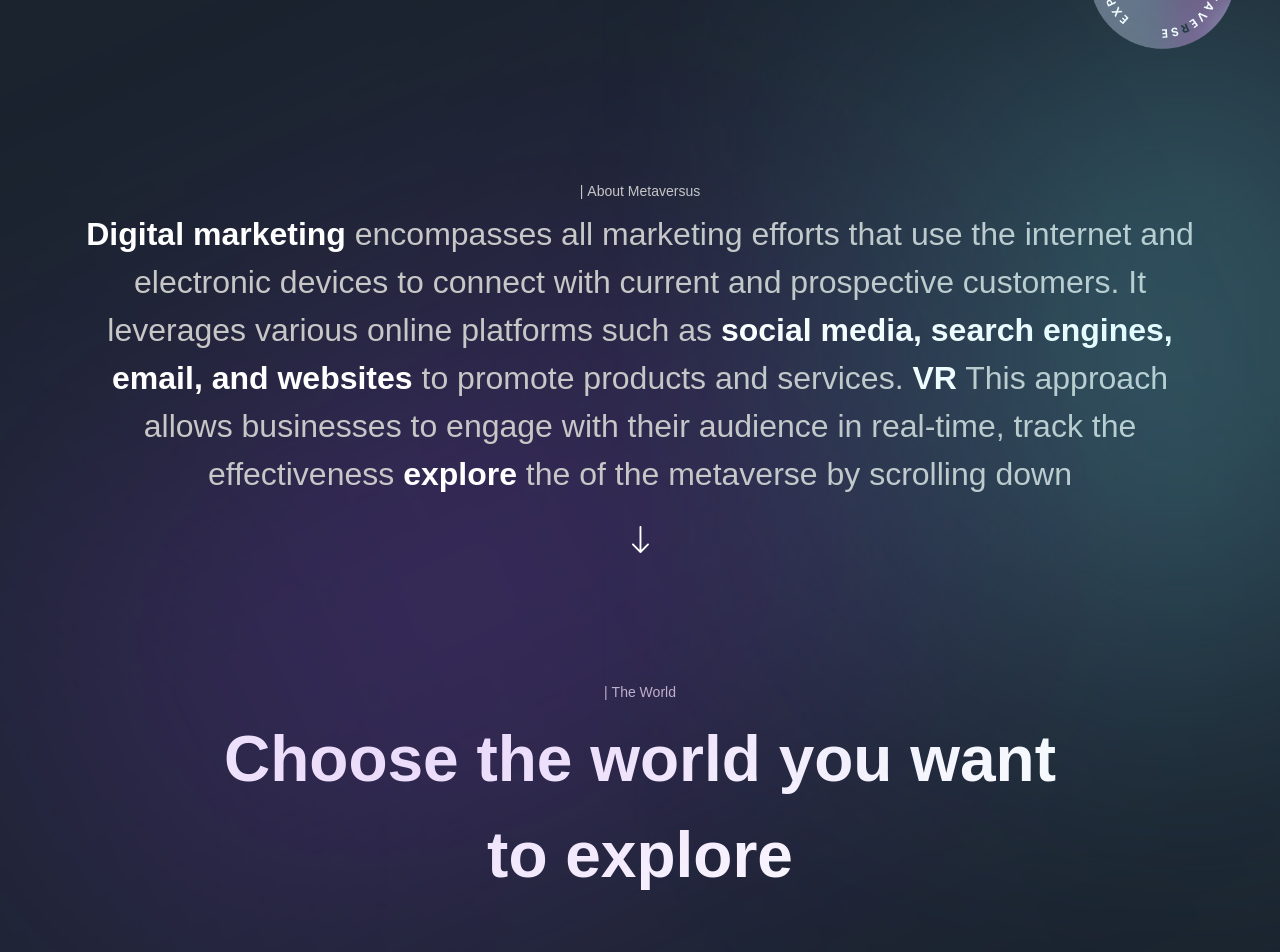
Repository: Shanuga123/metaversus
Page: /
The author's editor kept a copy of each file at every save. The page is drawn from the files as they stood at one save, then again after the next save.
The browser window is 1280 px wide. The pictures show the part of the page from y = 987 to 1939 px (the page is 7302 px tall).
Pictures or frames that could not be fetched are drawn as grey boxes. Some web fonts or font styles are not loaded; a fallback is used. The project was rebuilt for these pictures with package versions that can differ from the ones it lists, and the page was loaded fresh each time. The framework's server and built-in components were replaced by stand-ins that run in the browser. Also part of the build but not shown: next.config.js.

Above is the page before, as saved 2024-08-05 21:41:09.

### components/Navbar.jsx
'use client';

import { motion } from 'framer-motion';

import styles from '../styles';
import { navVariants } from '../utils/motion';

const Navbar = () => (
  <motion.nav
    variants={navVariants}
    initial="hidden"
    whileInView="show"
    className={`${styles.xPaddings} py-8 relative`}
  >
    <div className="absolute w-[50%] inset-0 gradient-01" />
    <div
      className={`${styles.innerWidth} mx-auto flex justify-between gap-8`}
    >
      <img
        src="/search.svg"
        alt="search"
        className="w-[24px] h-[24px] object-contain"
      />
      <h2 className="font-extrabold text-[24px] leading-[30.24px] text-white">
        METAVERSUS
      </h2>
      <img
        src="/menu.svg"
        alt="menu"
        className="w-[24px] h-[24px] object-contain"
      />
    </div>
  </motion.nav>
);

export default Navbar;

### components/CustomTexts.jsx
'use client';

import { motion } from 'framer-motion';
import { textContainer, textVariant2 } from '../utils/motion';

export const TypingText = ({ title, textStyles }) => (
  <motion.p
    variants={textContainer}
    className={`font-normal text-[14px] text-secondary-white ${textStyles}`}
  >
    {Array.from(title).map((letter, index) => (
      <motion.span variants={textVariant2} key={index}>
        {letter === ' ' ? '\u00A0' : letter}
      </motion.span>
    ))}
  </motion.p>
);

export const TitleText = ({ title, textStyles }) => (
  <motion.h2
    variants={textVariant2}
    initial="hidden"
    whileInView="show"
    className={`mt-[8px] font-bold md:text-[64px] text-[40px] text-white ${textStyles}`}
  >
    {title}
  </motion.h2>
);

### components/ExploreCard.jsx
'use client';

import { motion } from 'framer-motion';

import styles from '../styles';
import { fadeIn } from '../utils/motion';

const ExploreCard = ({ id, imgUrl, title, index, active, handleClick }) => (
  <motion.div
    variants={fadeIn('right', 'spring', index * 0.5, 0.75)}
    className={`relative ${
      active === id ? 'lg:flex-[3.5] flex-[10]' : 'lg:flex-[0.5] flex-[2]'
    } flex items-center justify-center min-w-[170px] h-[700px] transition-[flex] duration-[0.7s] ease-out-flex cursor-pointer`}
    onClick={() => handleClick(id)}
  >
    <img
      src={imgUrl}
      alt="planet-04"
      className="absolute w-full h-full object-cover rounded-[24px]"
    />
    {active !== id ? (
      <h3 className="font-semibold sm:text-[26px] text-[18px] text-white absolute z-0 lg:bottom-20 lg:rotate-[-90deg] lg:origin-[0,0]">
        {title}
      </h3>
    ) : (
      <div className="absolute bottom-0 p-8 flex justify-start w-full flex-col bg-[rgba(0,0,0,0.5)] rounded-b-[24px]">
        <div
          className={`${styles.flexCenter} w-[60px] h-[60px] rounded-[24px] glassmorphism mb-[16px]`}
        >
          <img
            src="/headset.svg"
            alt="headset"
            className="w-1/2 h-1/2 object-contain"
          />
        </div>
        <p className="font-normal text-[16px] leading-[20.16px] text-white uppercase">
          Enter Metaverse
        </p>
        <h2 className="mt-[24px] font-semibold sm:text-[32px] text-[24px] text-white">
          {title}
        </h2>
      </div>
    )}
  </motion.div>
);

export default ExploreCard;

### components/InsightCard.jsx
'use client';

import { motion } from 'framer-motion';

import { fadeIn } from '../utils/motion';

const InsightCard = ({ imgUrl, title, subtitle, index }) => (
  <motion.div
    variants={fadeIn('up', 'spring', index * 0.5, 1)}
    className="flex md:flex-row flex-col gap-4"
  >
    <img
      src={imgUrl}
      alt="planet-01"
      className="md:w-[270px] w-full h-[250px] rounded-[32px] object-cover"
    />
    <div className="w-full flex justify-between items-center">
      <div className="flex-1 md:ml-[62px] flex flex-col max-w-[650px]">
        <h4 className="font-normal lg:text-[42px] text-[26px] text-white">
          {title}
        </h4>
        <p className="mt-[16px] font-normal lg:text-[20px] text-[14px] text-secondary-white">
          {subtitle}
        </p>
      </div>

      <div
        className="lg:flex hidden items-center justify-center w-[100px] h-[100px] rounded-full bg-transparent border-[1px] border-white"
      >
        <img
          src="/arrow.svg"
          alt="arrow"
          className="w-[40%] h-[40%] object-contain"
        />
      </div>
    </div>
  </motion.div>
);

export default InsightCard;

### components/Footer.jsx
'use client';

import { motion } from 'framer-motion';
import { socials } from '../constants';

import styles from '../styles';
import { footerVariants } from '../utils/motion';

const Footer = () => (
  <motion.footer
    variants={footerVariants}
    initial="hidden"
    whileInView="show"
    className={`${styles.xPaddings} py-8 relative`}
  >
    <div className="footer-gradient" />
    <div className={`${styles.innerWidth} mx-auto flex flex-col gap-8`}>
      <div className="flex items-center justify-between flex-wrap gap-5">
        <h4 className="font-bold md:text-[64px] text-[44px] text-white">
          Enter the Metaverse
        </h4>
        <button type="button" className="flex items-center h-fit py-4 px-6 bg-[#25618B] rounded-[32px] gap-[12px]">
          <img
            src="/headset.svg"
            alt="headset"
            className="w-[24px] h-[24px] object-contain"
          />
          <span className="font-normal text-[16px] text-white">
            Enter Metaverse
          </span>
        </button>
      </div>

      <div className="flex flex-col">
        <div className="mb-[50px] h-[2px] bg-white opacity-10" />

        <div className="flex items-center justify-between flex-wrap gap-4">
          <h4 className="font-extrabold text-[24px] text-white">
            METAVERUS
          </h4>
          <p className="font-normal text-[14px] text-white opacity-50">
            Copyright © 2021 - 2022 Metaversus. All rights reserved.
          </p>

          <div className="flex gap-4">
            {socials.map((social) => (
              <img
                key={social.name}
                src={social.url}
                alt={social.name}
                className="w-[24px] h-[24px] object-contain cursor-pointer"
              />
            ))}
          </div>
        </div>
      </div>
    </div>
  </motion.footer>
);

export default Footer;

### sections/Hero.jsx
'use client';

import { motion } from 'framer-motion';

import styles from '../styles';
import { slideIn, staggerContainer, textVariant } from '../utils/motion';

const Hero = () => (
  <section className={`${styles.yPaddings} sm:pl-16 pl-6`}>
    <motion.div
      variants={staggerContainer}
      initial="hidden"
      whileInView="show"
      viewport={{ once: false, amount: 0.25 }}
      className={`${styles.innerWidth} mx-auto flex flex-col`}
    >
      <div className="flex justify-center items-center flex-col relative z-10">
        <motion.h1 variants={textVariant(1.1)} className={styles.heroHeading}>
          Digital
        </motion.h1>
        <motion.div
          variants={textVariant(1.2)}
          className="flex flex-row justify-center items-center"
        >
          <h1 className={styles.heroHeading}>MaR</h1>

          <h1 className={styles.heroHeading}>Keting</h1>
        </motion.div>
      </div>

      <motion.div
        variants={slideIn('right', 'tween', 0.2, 1)}
        className="relative w-full md:-mt-[20px] -mt-[12px]"
      >
        <div className="absolute w-full h-[300px] hero-gradient rounded-tl-[140px] z-[0] -top-[30px]" />

        <img
          src="/cover1.jpg"
          alt="hero_cover"
          className="w-full sm:h-[500px] h-[350px] object-cover rounded-tl-[140px] z-10 relative"
        />

        <a href="#explore">
          <div className="w-full flex justify-end sm:-mt-[70px] -mt-[50px] pr-[40px] relative z-10">
            <img
              src="/stamp.png"
              alt="stamp"
              className="sm:w-[155px] w-[100px] sm:h-[155px] h-[100px] object-contain"
            />
          </div>
        </a>
      </motion.div>
    </motion.div>
  </section>
);

export default Hero;

### sections/About.jsx
'use client';

import { motion } from 'framer-motion';
import { TypingText } from '../components';

import styles from '../styles';
import { fadeIn, staggerContainer } from '../utils/motion';

const About = () => (
  <section className={`${styles.paddings} relative z-10`}>
    <div className="gradient-02 z-0" />
    <motion.div
      variants={staggerContainer}
      initial="hidden"
      whileInView="show"
      viewport={{ once: false, amount: 0.25 }}
      className={`${styles.innerWidth} mx-auto ${styles.flexCenter} flex-col`}
    >
      <TypingText title="| About Metaversus" textStyles="text-center" />

      <motion.p
        variants={fadeIn('up', 'tween', 0.2, 1)}
        className="mt-[8px] font-normal sm:text-[32px] text-[20px] text-center text-secondary-white"
      >
        <span className="font-extrabold text-white">Digital marketing </span> encompasses all marketing efforts that use the internet and electronic devices to connect with current and prospective customers. It leverages various online platforms such as {' '}
        <span className="font-extrabold text-white">
        social media, search engines, email, and websites
        </span>{' '}
        to promote products and services.{' '}
        <span className="font-extrabold text-white">VR</span> This approach allows businesses to engage with their audience in real-time, track the effectiveness{' '}
        <span className="font-extrabold text-white">explore</span> the
        of the metaverse by scrolling down
      </motion.p>

      <motion.img
        variants={fadeIn('up', 'tween', 0.3, 1)}
        src="/arrow-down.svg"
        alt="arrow down"
        className="w-[18px] h-[28px] object-contain mt-[28px]"
      />
    </motion.div>
  </section>
);

export default About;

### sections/Explore.jsx
'use client';

import { useState } from 'react';
import { motion } from 'framer-motion';

import styles from '../styles';
import { exploreWorlds } from '../constants';
import { staggerContainer } from '../utils/motion';
import { ExploreCard, TitleText, TypingText } from '../components';

const Explore = () => {
  const [active, setActive] = useState('world-2');

  return (
    <section className={`${styles.paddings}`} id="explore">
      <motion.div
        variants={staggerContainer}
        initial="hidden"
        whileInView="show"
        viewport={{ once: false, amount: 0.25 }}
        className={`${styles.innerWidth} mx-auto flex flex-col`}
      >
        <TypingText title="| The World" textStyles="text-center" />
        <TitleText
          title={<>Choose the world you want <br className="md:block hidden" /> to explore</>}
          textStyles="text-center"
        />
        <div className="mt-[50px] flex lg:flex-row flex-col min-h-[70vh] gap-5">
          {exploreWorlds.map((world, index) => (
            <ExploreCard
              key={world.id}
              {...world}
              index={index}
              active={active}
              handleClick={setActive}
            />
          ))}
        </div>
      </motion.div>
    </section>
  );
};

export default Explore;

### sections/GetStarted.jsx
'use client';

import { motion } from 'framer-motion';

import styles from '../styles';
import { startingFeatures } from '../constants';
import { StartSteps, TitleText, TypingText } from '../components';
import { staggerContainer, fadeIn, planetVariants } from '../utils/motion';

const GetStarted = () => (
  <section className={`${styles.paddings} relative z-10`}>
    <motion.div
      variants={staggerContainer}
      initial="hidden"
      whileInView="show"
      viewport={{ once: false, amount: 0.25 }}
      className={`${styles.innerWidth} mx-auto flex lg:flex-row flex-col gap-8`}
    >
      <motion.div
        variants={planetVariants('left')}
        className={`flex-1 ${styles.flexCenter}`}
      >
        <img
          src="/get-started.png"
          alt="get-started"
          className="w-[90%] h-[90%] object-contain"
        />
      </motion.div>
      <motion.div
        variants={fadeIn('left', 'tween', 0.2, 1)}
        className="flex-[0.75] flex justify-center flex-col"
      >
        <TypingText title="| How Metaversus Works" />
        <TitleText title={<>Get started with just a few clicks</>} />
        <div className="mt-[31px] flex flex-col max-w-[370px] gap-[24px]">
          {startingFeatures.map((feature, index) => (
            <StartSteps
              key={feature}
              number={`${index < 10 ? '0' : ''} ${index + 1}`}
              text={feature}
            />
          ))}
        </div>
      </motion.div>
    </motion.div>
  </section>
);

export default GetStarted;

### sections/WhatsNew.jsx
'use client';

import { motion } from 'framer-motion';

import styles from '../styles';
import { newFeatures } from '../constants';
import { NewFeatures, TitleText, TypingText } from '../components';
import { planetVariants, staggerContainer, fadeIn } from '../utils/motion';

const WhatsNew = () => (
  <section className={`${styles.paddings} relative z-10`}>
    <motion.div
      variants={staggerContainer}
      initial="hidden"
      whileInView="show"
      viewport={{ once: false, amount: 0.25 }}
      className={`${styles.innerWidth} mx-auto flex lg:flex-row flex-col gap-8`}
    >
      <motion.div
        variants={fadeIn('right', 'tween', 0.2, 1)}
        className="flex-[0.95] flex justify-center flex-col"
      >
        <TypingText title="| Whats new?" />
        <TitleText title={<>What's new about Metaversus?</>} />
        <div className="mt-[48px] flex flex-wrap justify-between gap-[24px]">
          {newFeatures.map((feature) => (
            <NewFeatures key={feature.title} {...feature} />
          ))}
        </div>
      </motion.div>

      <motion.div
        variants={planetVariants('right')}
        className={`flex-1 ${styles.flexCenter}`}
      >
        <img
          src="/whats-new.png"
          alt="get-started"
          className="w-[90%] h-[90%] object-contain"
        />
      </motion.div>
    </motion.div>
  </section>
);

export default WhatsNew;

### sections/World.jsx
'use client';

import { motion } from 'framer-motion';

import styles from '../styles';
import { TitleText, TypingText } from '../components';
import { fadeIn, staggerContainer } from '../utils/motion';

const World = () => (
  <section className={`${styles.paddings} relative z-10`}>
    <motion.div
      variants={staggerContainer}
      initial="hidden"
      whileInView="show"
      viewport={{ once: false, amount: 0.25 }}
      className={`${styles.innerWidth} mx-auto flex flex-col`}
    >

      <TypingText title="| People on the World" textStyles="text-center" />
      <TitleText
        title={(
          <>Track friends around you and invite them to play together in the same
            world
          </>
        )}
        textStyles="text-center"
      />

      <motion.div
        variants={fadeIn('up', 'tween', 0.3, 1)}
        className="relative mt-[68px] flex w-full h-[550px]"
      >
        <img src="/map.png" alt="map" className="w-full h-full object-cover" />

        <div className="absolute bottom-20 right-20 w-[70px] h-[70px] p-[6px] rounded-full bg-[#5D6680]">
          <img src="people-01.png" alt="people" className="w-full h-full" />
        </div>

        <div className="absolute top-10 left-20 w-[70px] h-[70px] p-[6px] rounded-full bg-[#5D6680]">
          <img src="/people-02.png" alt="people" className="w-full h-full" />
        </div>

        <div className="absolute top-1/2 left-[45%] w-[70px] h-[70px] p-[6px] rounded-full bg-[#5D6680]">
          <img src="people-03.png" alt="people" className="w-full h-full" />
        </div>
      </motion.div>
    </motion.div>
  </section>
);

export default World;

### sections/Insights.jsx
'use client';

import { motion } from 'framer-motion';

import styles from '../styles';
import { insights } from '../constants';
import { staggerContainer } from '../utils/motion';
import { InsightCard, TitleText, TypingText } from '../components';

const Insights = () => (
  <section className={`${styles.paddings} relative z-10`}>
    <motion.div
      variants={staggerContainer}
      initial="hidden"
      whileInView="show"
      viewport={{ once: false, amount: 0.25 }}
      className={`${styles.innerWidth} mx-auto flex flex-col`}
    >
      <TypingText title="| Insight" textStyles="text-center" />
      <TitleText title={<>Insight about metaverse</>} textStyles="text-center" />
      <div className="mt-[50px] flex flex-col gap-[30px]">
        {insights.map((item, index) => (
          <InsightCard key={`insight-${index}`} {...item} index={index + 1} />
        ))}
      </div>
    </motion.div>
  </section>
);

export default Insights;

### sections/Feedback.jsx
'use client';

import { motion } from 'framer-motion';

import styles from '../styles';
import { fadeIn, staggerContainer, zoomIn } from '../utils/motion';

const Feedback = () => (
  <section className={`${styles.paddings}`}>
    <motion.div
      variants={staggerContainer}
      initial="hidden"
      whileInView="show"
      viewport={{ once: false, amount: 0.25 }}
      className={`${styles.innerWidth} mx-auto flex lg:flex-row flex-col gap-6`}
    >
      <motion.div
        variants={fadeIn('right', 'tween', 0.2, 1)}
        className="flex-[0.5] lg:max-w-[370px] flex justify-end flex-col gradient-05 sm:p-8 p-4 rounded-[32px] border-[1px] border-[#6A6A6A] relative"
      >
        <div className="feedback-gradient" />
        <div>
          <h4 className="font-bold sm:text-[32px] text-[26px] sm:leading-[40.32px] leading-[36.32px] text-white">
            Samantha
          </h4>
          <p className="mt-[8px] font-normal sm:text-[18px] text-[12px] sm:leading-[22.68px] leading-[16.68px] text-white">
            Founder Metaverus
          </p>
        </div>

        <p className="mt-[24px] font-normal sm:text-[24px] text-[18px] sm:leading-[45.6px] leading-[39.6px] text-white">
          “With the development of today's technology, metaverse is very
          useful for today's work, or can be called web 3.0. by using
          metaverse you can use it as anything”
        </p>
      </motion.div>

      <motion.div
        variants={fadeIn('left', 'tween', 0.2, 1)}
        className="relative flex-1 flex justify-center items-center"
      >
        <img
          src="/planet-09.png"
          alt="planet-09"
          className="w-full lg:h-[610px] h-auto min-h-[210px] object-cover rounded-[40px]"
        />

        <motion.div
          variants={zoomIn(0.4, 1)}
          className="lg:block hidden absolute -left-[10%] top-[3%]"
        >
          <img
            src="/stamp.png"
            alt="stamp"
            className="w-[155px] h-[155px] object-contain"
          />
        </motion.div>
      </motion.div>
    </motion.div>
  </section>
);

export default Feedback;

### styles/index.js
const styles = {
  innerWidth: '2xl:max-w-[1280px] w-full',
  interWidth: 'lg:w-[80%] w-[100%]',

  paddings: 'sm:p-16 xs:p-8 px-6 py-12',
  yPaddings: 'sm:py-16 xs:py-8 py-12',
  xPaddings: 'sm:px-16 px-6',
  topPaddings: 'sm:pt-16 xs:pt-8 pt-12',
  bottomPaddings: 'sm:pb-16 xs:pb-8 pb-12',

  flexCenter: 'flex justify-center items-center',
  flexStart: 'flex justify-start items-start',
  flexEnd: 'flex justify-end',
  navPadding: 'pt-[98px]',

  // hero section
  heroHeading:
      'font-bold lg:text-[144px] md:text-[100px] sm:text-[60px] text-[44px] lg:leading-[158.4px] md:leading-[114.4px] sm:leading-[74.4px] leading-[64.4px] uppercase text-white',
  heroRText:
      'md:w-[212px] sm:w-[80px] w-[60px] md:h-[108px] sm:h-[48px] h-[38px] md:border-[18px] border-[9px] rounded-r-[50px] border-white sm:mx-2 mx-[6px]',
};

export default styles;

### constants/index.js
export const exploreWorlds = [
  {
    id: 'world-1',
    imgUrl: '/planet-01.png',
    title: 'The Hogwarts',
  },
  {
    id: 'world-2',
    imgUrl: '/planet-02.png',
    title: 'The Upside Down',
  },
  {
    id: 'world-3',
    imgUrl: '/planet-03.png',
    title: 'Kadirojo Permai',
  },
  {
    id: 'world-4',
    imgUrl: '/planet-04.png',
    title: 'Paradise Island',
  },
  {
    id: 'world-5',
    imgUrl: '/planet-05.png',
    title: 'Hawkins Labs',
  },
];

export const startingFeatures = [
  'Find a world that suits you and you want to enter',
  'Enter the world by reading basmalah to be safe',
  'No need to beat around the bush, just stay on the gas and have fun',
];

export const newFeatures = [
  {
    imgUrl: '/vrpano.svg',
    title: 'A new world',
    subtitle:
        'we have the latest update with new world for you to try never mind',
  },
  {
    imgUrl: '/headset.svg',
    title: 'More realistic',
    subtitle:
        'In the latest update, your eyes are narrow, making the world more realistic than ever',
  },
];

export const insights = [
  {
    imgUrl: '/planet-06.png',
    title: 'The launch of the Metaverse makes Elon musk ketar-ketir',
    subtitle:
        'Magna etiam tempor orci eu lobortis elementum nibh tellus molestie. Diam maecenas sed enim ut sem viverra alique.',
  },
  {
    imgUrl: '/planet-07.png',
    title: '7 tips to easily master the madness of the Metaverse',
    subtitle:
        'Vitae congue eu consequat ac felis donec. Et magnis dis parturient montes nascetur ridiculus mus. Convallis tellus id interdum',
  },
  {
    imgUrl: '/planet-08.png',
    title: 'With one platform you can explore the whole world virtually',
    subtitle:
        'Quam quisque id diam vel quam elementum. Viverra nam libero justo laoreet sit amet cursus sit. Mauris in aliquam sem',
  },
];

export const socials = [
  {
    name: 'twitter',
    url: '/twitter.svg',
  },
  {
    name: 'linkedin',
    url: '/linkedin.svg',
  },
  {
    name: 'instagram',
    url: '/instagram.svg',
  },
  {
    name: 'facebook',
    url: '/facebook.svg',
  },
];

Loaded but not shown: app/layout.js (common file); app/page.js (common file); styles/globals.css (common file); components/index.js (common file); sections/index.js (common file); components/StartSteps.jsx (common file); components/NewFeatures.jsx (common file); tailwind.config.js (common file); utils/motion.js (161 lines, source omitted)

After the next save:
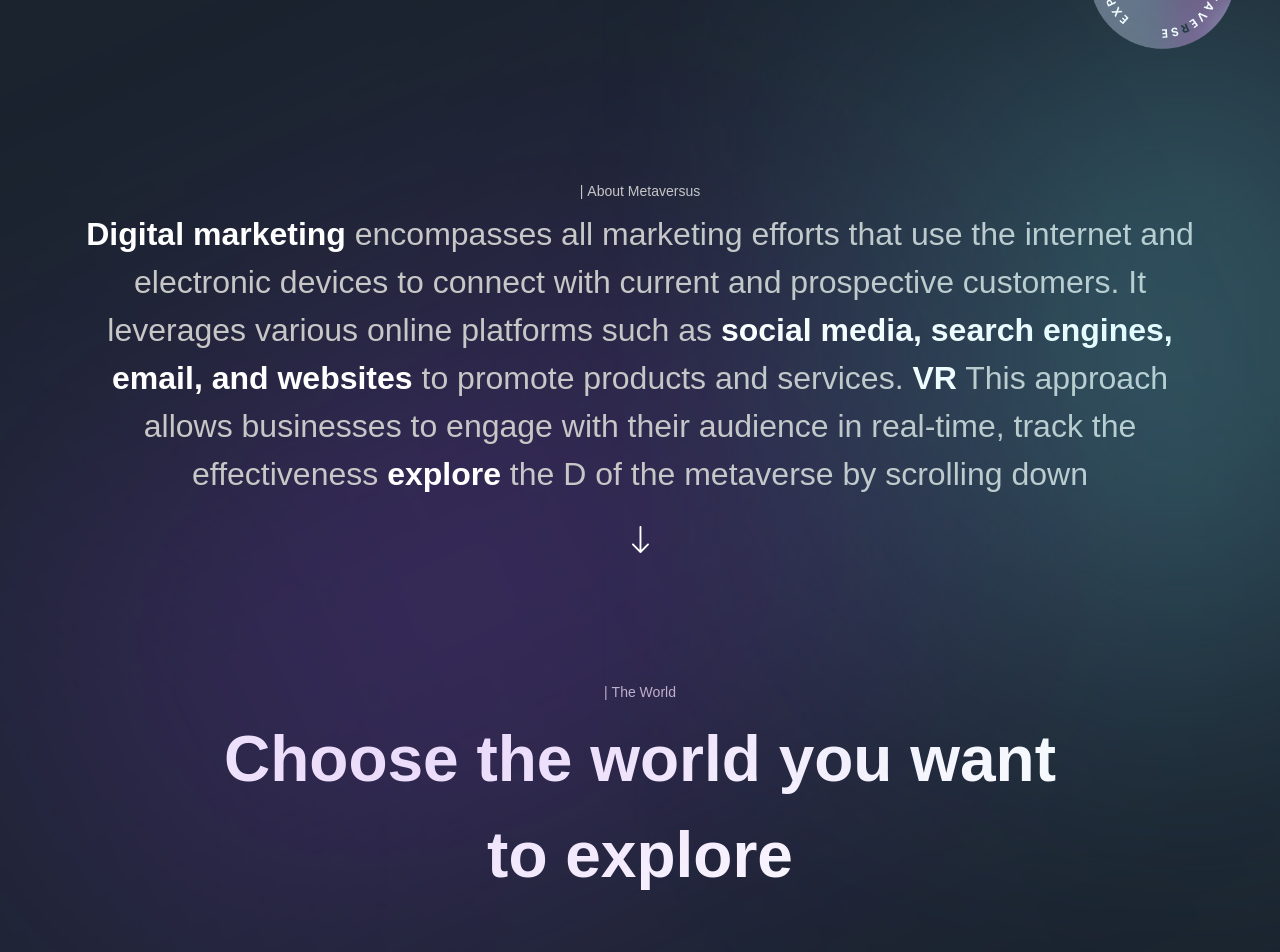
Saved 4 s later.
--- a/sections/About.jsx
+++ b/sections/About.jsx
@@ -28,7 +28,7 @@ const About = () => (
         </span>{' '}
         to promote products and services.{' '}
         <span className="font-extrabold text-white">VR</span> This approach allows businesses to engage with their audience in real-time, track the effectiveness{' '}
-        <span className="font-extrabold text-white">explore</span> the
+        <span className="font-extrabold text-white">explore</span> the D
         of the metaverse by scrolling down
       </motion.p>
 
